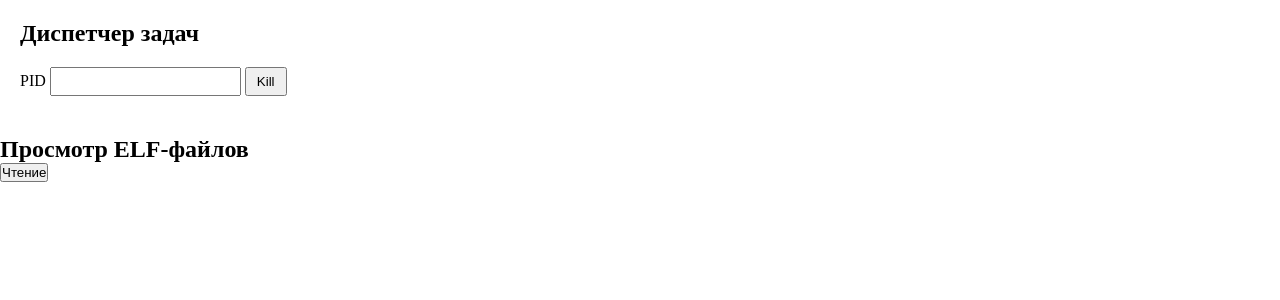
Repository: Predkor/OC
Page: index.html
An editor plug-in stored every save of this project. The page is shown before and after the next save, followed by the edit.
The browser window is 1280 px wide. The pictures show the whole page.
The page's requests for data from a server got no answer.

Above is the page before, as saved 2024-09-25 23:42:12.

After the next save:
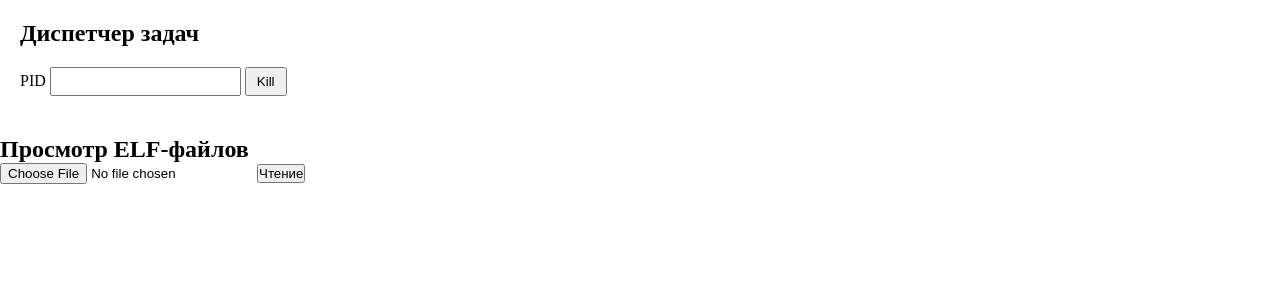
Saved 35 s later.
--- a/index.html
+++ b/index.html
@@ -32,7 +32,9 @@
         <h1>Просмотр ELF-файлов</h1>
         <div class="elf-control">
             <form action="/upload" id="form-upload">
-                <label></label>
+                <label>
+                    <input type="file" name="" id="">
+                </label>
                 <input type="submit" id="submit-upload" value="Чтение">
             </form>
         </div>
